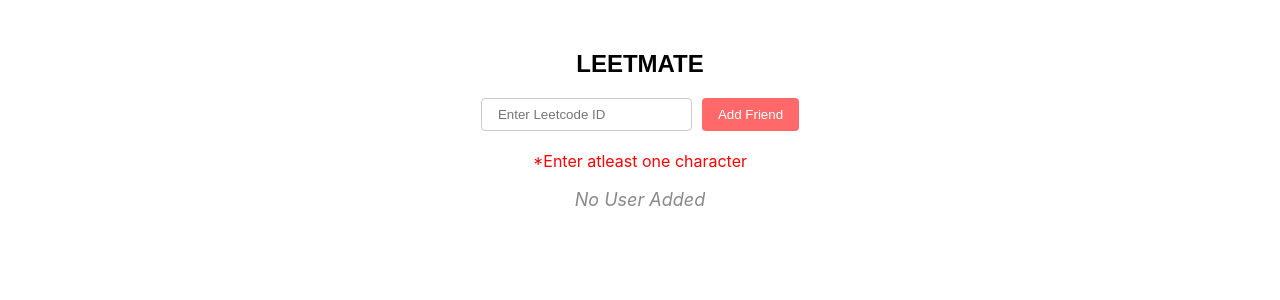
Repository: Sanketh149/leetcode-discord
Page: /
These files come from the project's save history. The page is drawn as it stood at one moment and after the next save; the edit follows.
The browser window is 1280 px wide. The pictures show the whole page.
The project was rebuilt for these pictures with package versions that can differ from the ones it lists, and the page was loaded fresh each time. Also part of the build but not shown: src/Modal.module.css, src/Modal.js, src/Cart.module.css, src/Cart.js.

Above is the page before, as saved 2023-06-21 17:10:42.

### public/index.html
<!DOCTYPE html>
<html lang="en">
  <head>
    <meta charset="utf-8" />
    <link rel="icon" href="%PUBLIC_URL%/favicon.ico" />
    <meta name="viewport" content="width=device-width, initial-scale=1" />
    <meta name="theme-color" content="#000000" />
    <meta
      name="description"
      content="Web site created using create-react-app"
    />
    <link rel="apple-touch-icon" href="%PUBLIC_URL%/logo192.png" />
    <!--
      manifest.json provides metadata used when your web app is installed on a
      user's mobile device or desktop. See https://developers.google.com/web/fundamentals/web-app-manifest/
    -->
    <link rel="manifest" href="%PUBLIC_URL%/manifest.json" />
    <!--
      Notice the use of %PUBLIC_URL% in the tags above.
      It will be replaced with the URL of the `public` folder during the build.
      Only files inside the `public` folder can be referenced from the HTML.

      Unlike "/favicon.ico" or "favicon.ico", "%PUBLIC_URL%/favicon.ico" will
      work correctly both with client-side routing and a non-root public URL.
      Learn how to configure a non-root public URL by running `npm run build`.
    -->
    <title>LeetMate</title>
  </head>
  <body>
    <noscript>You need to enable JavaScript to run this app.</noscript>
    <div id="root"></div>
    <div id="overlays"></div>
    <!--
      This HTML file is a template.
      If you open it directly in the browser, you will see an empty page.

      You can add webfonts, meta tags, or analytics to this file.
      The build step will place the bundled scripts into the <body> tag.

      To begin the development, run `npm start` or `yarn start`.
      To create a production bundle, use `npm run build` or `yarn build`.
    -->
  </body>
</html>

### src/App.js
import React, { useState } from "react";
import "./App.css";
import Cart from "./Cart";
const API_ENDPOINT = "/graphql";
const App = () => {
  const [username, setUsername] = useState("");
  const [user, setUser] = useState([]);
  const [leetId, setLeetId] = useState([]);
  const displayTitle = (item, titleSlug) => {
    const exisitingTitles = user.map((innerArray) => innerArray[0]);
    const exisitingSlugs = user.map((innerArray) => innerArray[1]);
    const uniqueTitles = [...new Set([...exisitingTitles, ...item])];
    const uniqueSlugs = [...new Set([...exisitingSlugs, ...titleSlug])];
    // const uniquePairs = uniqueTitles.map((name, index) => ({
    //   name,
    //   link: uniqueSlugs[index],
    // }));
    const uniquePairs = [];
    for (let i = 0; i < uniqueSlugs.length; i++) {
      const temp = [uniqueTitles[i], uniqueSlugs[i]];
      uniquePairs.push(temp);
    }
    setUser((prevState) => {
      return uniquePairs;
    });
  };

  const handleFormSubmit = async (event) => {
    event.preventDefault();

    const query = `
      {
        recentAcSubmissionList(username: "${username}") {
          id
          title
          titleSlug
        }
      }
    `;

    const url = `${API_ENDPOINT}?query=${encodeURIComponent(query)}`;

    fetch(url)
      .then((response) => response.json())
      .then((result) => {
        const titles = result.data.recentAcSubmissionList.map(
          (submission) => submission.title
        );
        const titleslugs = result.data.recentAcSubmissionList.map(
          (submission) => submission.titleSlug
        );
        displayTitle(titles, titleslugs);
        // displayTitleSlug(titleslugs);
      })
      .catch((error) => {
        setCartIsShown(true);
      });
  };

  const handleSubmit = (event) => {
    event.preventDefault();
    handleFormSubmit(event);
    if (!leetId.includes(username)) {
      setLeetId((prevState) => [...prevState, username]);
    }
  };
  const [cartIsShown, setCartIsShown] = useState(false);
  const showCartHandler = () => {
    setCartIsShown(true);
  };
  const hideCartHandler = () => {
    setCartIsShown(false);
  };
  const isSubmitDisabled = username.trim().length === 0;
  return (
    <div className="app">
      {cartIsShown && <Cart onClose={hideCartHandler} />}
      <h1 className="app__title">LEETMATE</h1>

      <form onSubmit={handleSubmit} className="app__form">
        <input
          type="text"
          value={username}
          onChange={(event) => setUsername(event.target.value)}
          placeholder="Enter Leetcode ID"
          className="app__input"
        />
        <button
          type="submit"
          className={`${
            isSubmitDisabled === true ? "app__button_disabled" : "app__button"
          }`}
          disabled={isSubmitDisabled}
        >
          Add Friend
        </button>
      </form>
      {isSubmitDisabled === true && (
        <div style={{ display: "block" }} className="errorShow">
          {" "}
          *Enter atleast one character
        </div>
      )}
      {leetId.map((item) => (
        <a href={`https://leetcode.com/${item}`} target="_blank">
          <button className="displayNameButton">{item}</button>
        </a>
      ))}
      {user.length > 0 && <div> The problems below are links :</div>}
      {user.length > 0 ? (
        <ul className="app__list">
          {user.map((item) => (
            <li className="app__item">
              <a
                href={`https://leetcode.com/problems/${item[1]}`}
                target="_blank"
              >
                {item[0]}
              </a>
            </li>
          ))}
        </ul>
      ) : (
        <p className="app__message">No User Added</p>
      )}
    </div>
  );
};

export default App;

### src/App.css
.app {
  text-align: center;
  margin-top: 50px;
}

.app__title {
  font-family: sans-serif;
  font-size: 24px;
  margin-bottom: 20px;
}

.app__form {
  display: flex;
  justify-content: center;
  margin-bottom: 20px;
}

.app__input {
  padding: 8px 16px;
  margin-right: 10px;
  border-radius: 4px;
  border: 1px solid #ccc;
}

.app__button {
  padding: 8px 16px;
  border-radius: 4px;
  background-color: #007bff;
  color: #fff;
  border: none;
  cursor: pointer;
}

.app__button_disabled {
  padding: 8px 16px;
  border-radius: 4px;
  background-color: #ff6969;
  color: #fff;
  border: none;
  cursor: pointer;
}

.app__list {
  list-style: none;
  padding-left: 0;
  margin-bottom: 20px;
}

.app__item {
  font-size: 18px;
  margin-bottom: 10px;
}

.app__message {
  font-size: 18px;
  font-style: italic;
  color: #888;
}

.app__list a {
  color: #007bff; /* Set the color for regular links */
  text-decoration: none; /* Remove underline for links */
}

.app__list a:visited {
  color: #007bff; /* Set the color for visited links */
}

.errorShow {
  color: red;
}

.displayNameButton {
  background-color: #f2f2f2;
  border: 1px solid black;
  border-radius: 4px;
  padding: 8px 12px;
  font-size: 14px;
  cursor: pointer;
  margin: 1rem;
}
.displayNameButton:hover {
  background-color: #e0e0e0;
}

Loaded but not shown: src/index.js (common file); src/index.css (common file); src/reportWebVitals.js (common file)

After the next save:
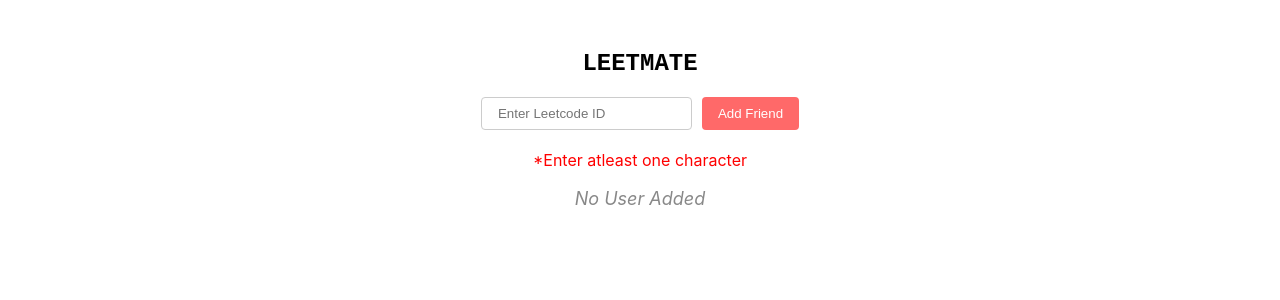
Saved 7 s later.
--- a/src/App.css
+++ b/src/App.css
@@ -4,7 +4,7 @@
 }
 
 .app__title {
-  font-family: sans-serif;
+  font-family: "Courier New", Courier, monospace;
   font-size: 24px;
   margin-bottom: 20px;
 }
